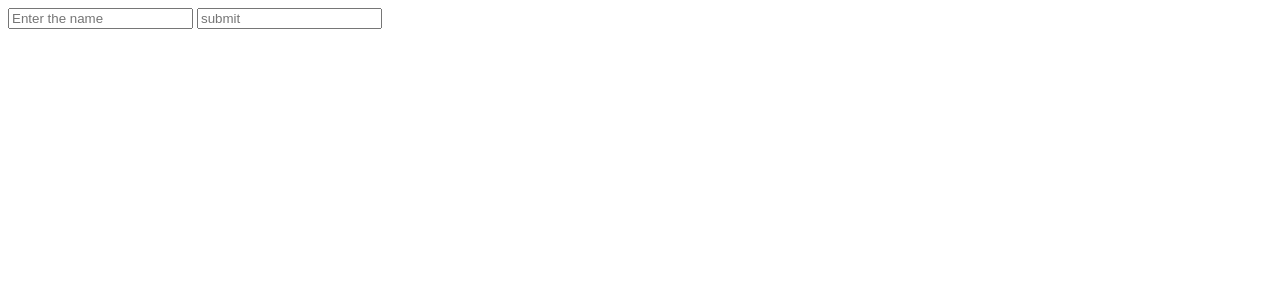
Repository: RathanGP/Spring
Page: http://localhost/SpringMvc_Demo/
An editor plug-in stored every save of this project. The page is shown before and after the next save, followed by the edit.
The browser window is 1280 px wide. The pictures show the whole page.
The page is served by Tomcat 9.

Above is the page before, as saved 2024-08-14 10:41:21.

After the next save:
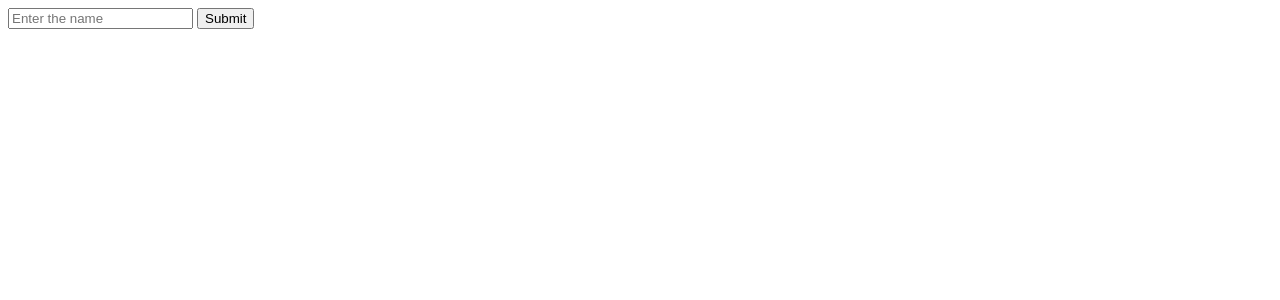
Saved 35 s later.
--- a/SpringMvc_Demo/src/main/webapp/index.jsp
+++ b/SpringMvc_Demo/src/main/webapp/index.jsp
@@ -9,7 +9,7 @@
 <body>
 	<form action="example">
 		<input placeholder="Enter the name" name="n">
-		<input placeholder="submit">
+		<input type="submit">
 	</form>
 
 </body>
